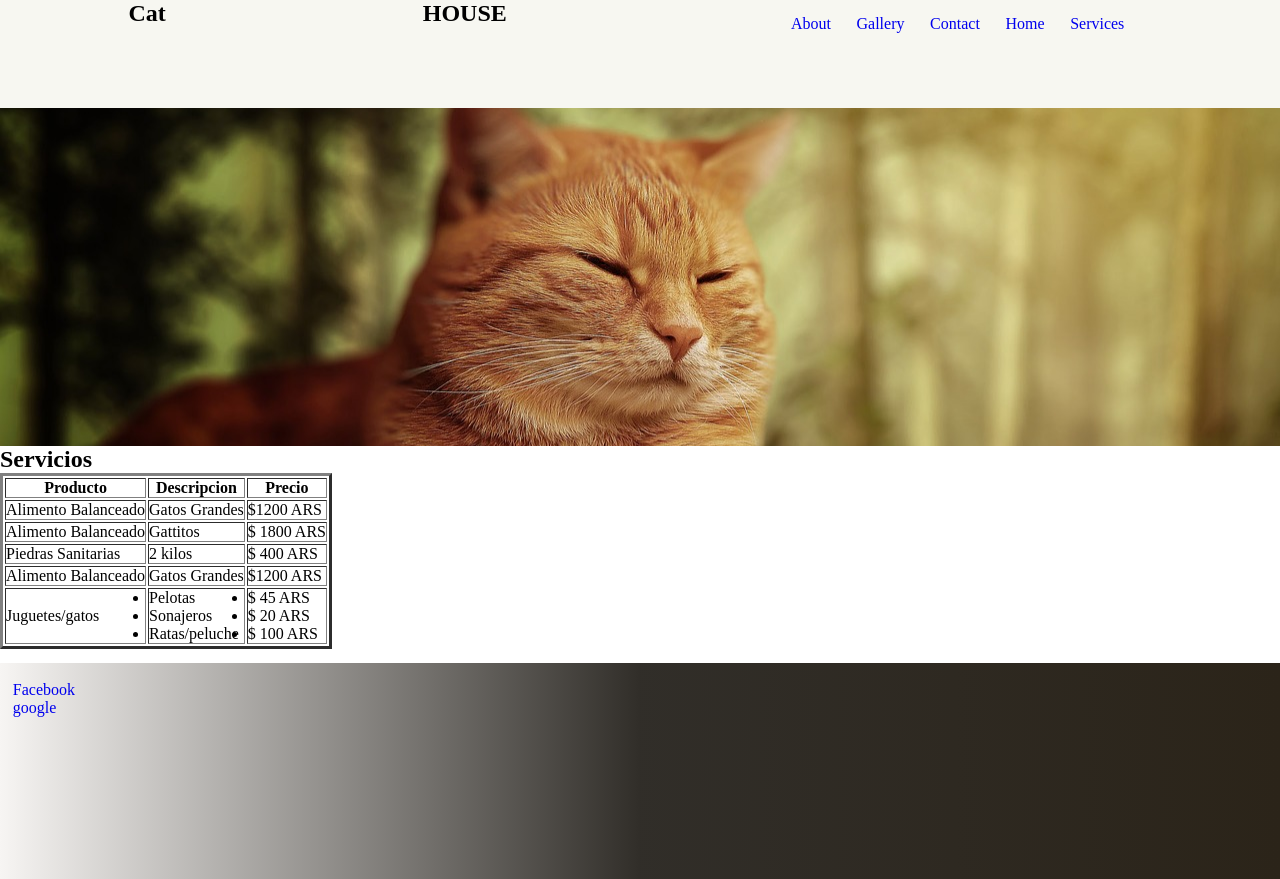
Repository: raul4264/final
Page: Services.html
An editor plug-in stored every save of this project. The page is shown before and after the next save, followed by the edit.
The browser window is 1280 px wide. The pictures show the whole page.

Above is the page before, as saved 2021-04-02 09:37:37.

### Services.html
<!DOCTYPE html>
<html lang="en">

<head>
    <meta charset="UTF-8">
    <meta http-equiv="X-UA-Compatible" content="IE=edge">
    <meta name="viewport" content="width=device-width, initial-scale=1.0">
    <title>Services</title>
    <link href="css/services.css" rel="stylesheet" type="text/css">
</head>

<body>

    <body>

            <header>
                <div class="banner">

                    <nav id="nav">

                        <div class="item1">
                            <h1>Cat</h1>
                        </div>

                        <div class="item2">
                            <h1 class="h1">HOUSE</h1>
                        </div>


                        <ul class="item3">
                            <li class=""><a href="about.html">About</a></li>
                            <li class=""><a href="Gallery.html">Gallery</a></li>
                            <li class=""><a href="Contact.html">Contact</a></li>
                            <li class=""><a href="index.html">Home</a></li>
                            <li class=""><a href="Services.html ">Services</a></li>
                        </ul>
                    </nav>
                </div>

            </header>






            <section class="servicios">
                <h1>Servicios</h1>
                <table border="3px" cellpadding="15px">
                    <tr>
                        <th>Producto</th>
                        <th>Descripcion</th>
                        <th>Precio</th>
                    </tr>
                    <tr>
                        <td>Alimento Balanceado</td>
                        <td>Gatos Grandes</td>
                        <td> $1200 ARS</td>
                    </tr>
                    <tr>
                        <td>Alimento Balanceado</td>
                        <td>Gattitos</td>
                        <td>$ 1800 ARS</td>
                    </tr>
                    <tr>
                        <td>Piedras Sanitarias</td>
                        <td>2 kilos</td>
                        <td>$ 400 ARS</td>
                    </tr>
                    <tr>
                        <td>Alimento Balanceado</td>
                        <td>Gatos Grandes</td>
                        <td>$1200 ARS</td>
                    </tr>
                    <tr>
                        <td>Juguetes/gatos</td>
                        <td>
                            <ul>
                                <li>Pelotas</li>
                                <li>Sonajeros</li>
                                <li>Ratas/peluche</li>
                            </ul>
                        </td>
                        <td>
                            <ul>
                                <li>$ 45 ARS</li>
                                <li>$ 20 ARS</li>
                                <li>$ 100 ARS</li>
                            </ul>
                        </td>
                    </tr>
                </table>

            </section>










            <footer>
                <br>

                <ol>
                    <li><a href="http://www.facebook.com" target="blanck">Facebook</a>

                    </li>
                    <li><a href="http://www.google.com" target="blanck">google</a>

                    </li>
                </ol>
                <br>
            </footer>
    </body>

</html>

### css/services.css

*{
    margin: 0;
    padding: 0;
}
#nav {
    display: flex;
    background-color: rgb(247, 247, 241);
    justify-content: space-around;
    height: 15vh;
}

.banner {
    background: url(../images/1.jpg) no-repeat 0px 0px;
    background-size: cover;
    padding: 0em 0 4em;
    height: 53vh;
}


.item3 {
    display: flex;
    list-style: none;
    padding: 2vh;
}

  a {
    text-decoration: none;
    padding: 1vw;
}

.li {
    padding: 10px;
}

.servicios{
    margin-bottom: 2vh;
}

footer {
    height: 30vh;
    background: rgb(34, 34, 33);
    background: linear-gradient(90deg, rgb(247, 245, 243) 0%, rgba(48, 45, 40, 0.995) 50%, rgb(43, 36, 25) 100%);
}

After the next save:
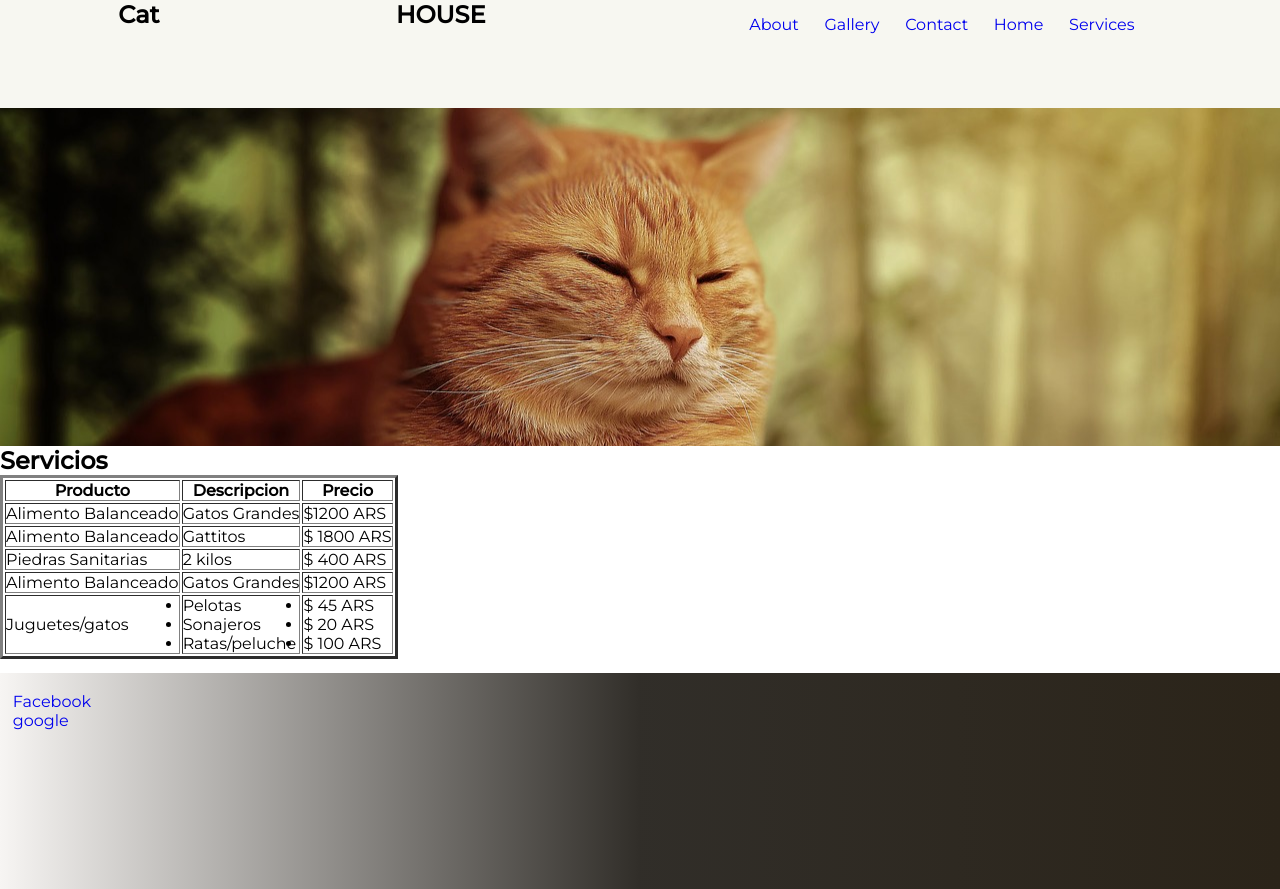
Saved 75 s later.
--- a/css/services.css
+++ b/css/services.css
@@ -1,5 +1,9 @@
 
-*{
+
+@import url('https://fonts.googleapis.com/css2?family=Montserrat:wght@400;500&display=swap');
+@import url('https://fonts.googleapis.com/css2?family=Montserrat:wght@400;500&family=Poppins:wght@300&display=swap');
+* {
+    font-family: 'Montserrat', sans-serif;
     margin: 0;
     padding: 0;
 }
